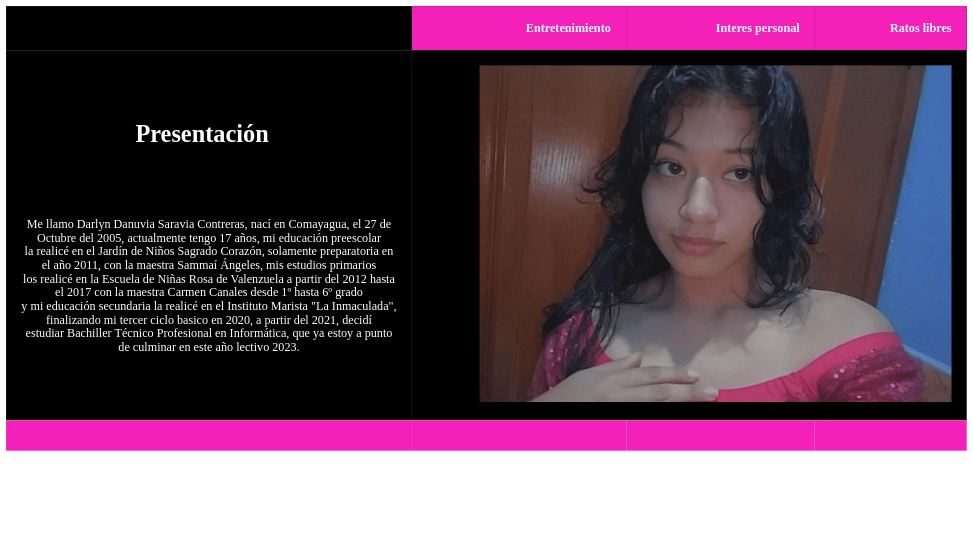
Repository: darlyn-saravia27/portafolio-darlynsaravia
Page: archivoshtml/index.html
The author's editor kept a copy of each file at every save. The page is drawn from the files as they stood at one save, then again after the next save.
The browser window is 1280 px wide. The pictures show the whole page, at 76% of full size.

Above is the page before, as saved 2023-03-04 22:42:21.

After the next save:
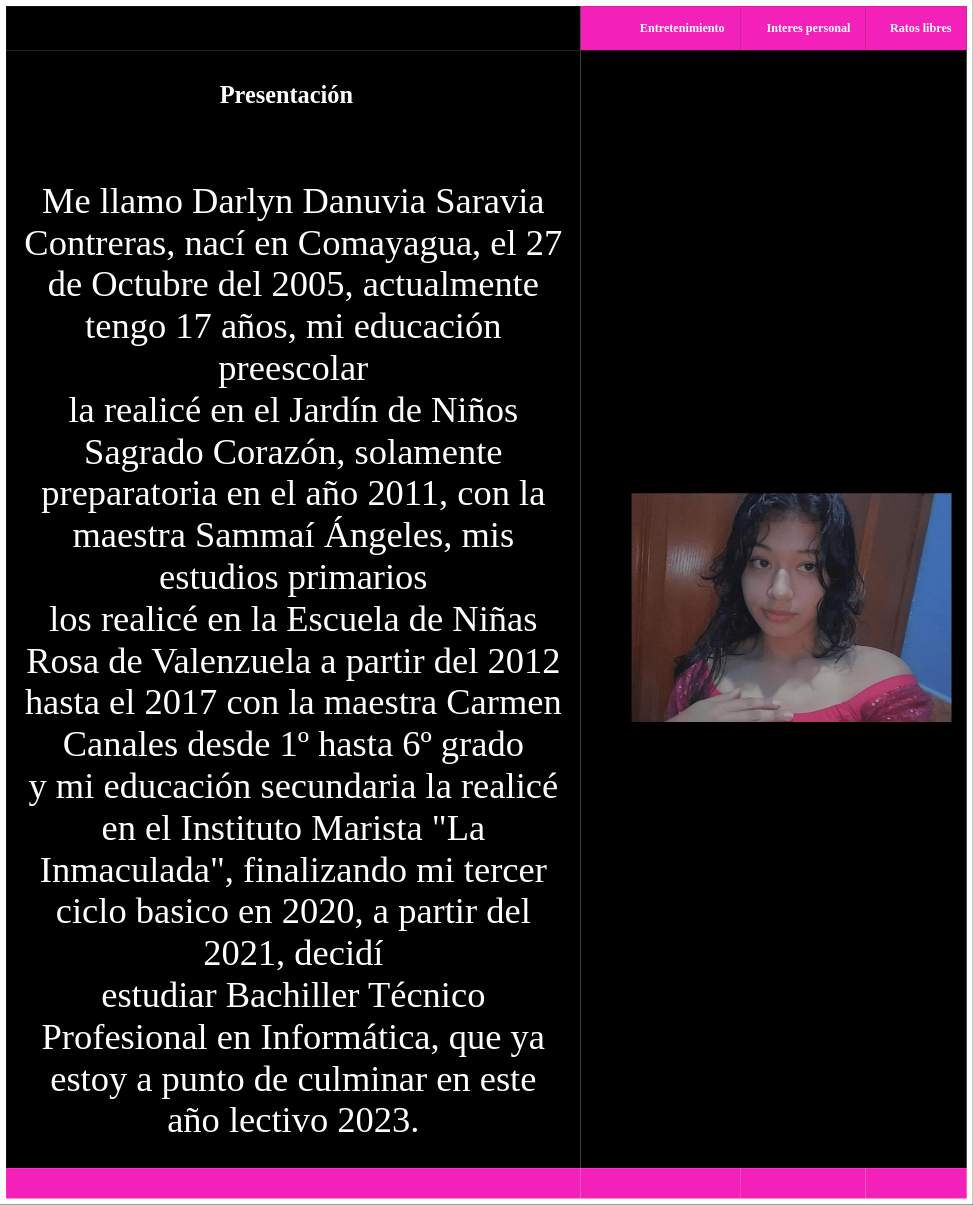
Saved 85 s later.
--- a/archivoshtml/index.html
+++ b/archivoshtml/index.html
@@ -20,7 +20,7 @@
             <br>
             <br>
             <br>
-            <p><font color="white" face="Times New Roman" sice="7"> Me llamo Darlyn Danuvia Saravia Contreras, nací en Comayagua,
+            <p><font color="white" face="Times New Roman" size="7"> Me llamo Darlyn Danuvia Saravia Contreras, nací en Comayagua,
                 el 27 de Octubre del 2005, actualmente tengo 17 años, mi educación preescolar <br>la realicé
                 en el Jardín de Niños Sagrado Corazón, solamente preparatoria en el año 2011,
                 con la maestra Sammaí Ángeles, mis estudios primarios <br>los realicé en la

After the save that followed:
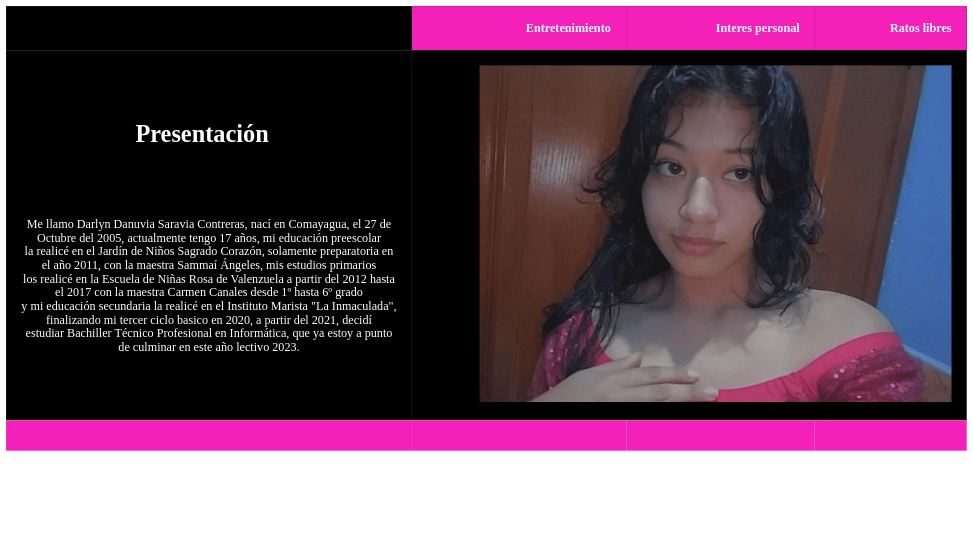
Saved 17 s later.
--- a/archivoshtml/index.html
+++ b/archivoshtml/index.html
@@ -20,7 +20,7 @@
             <br>
             <br>
             <br>
-            <p><font color="white" face="Times New Roman" size="7"> Me llamo Darlyn Danuvia Saravia Contreras, nací en Comayagua,
+            <p><font color="white" face="Times New Roman" size="3"> Me llamo Darlyn Danuvia Saravia Contreras, nací en Comayagua,
                 el 27 de Octubre del 2005, actualmente tengo 17 años, mi educación preescolar <br>la realicé
                 en el Jardín de Niños Sagrado Corazón, solamente preparatoria en el año 2011,
                 con la maestra Sammaí Ángeles, mis estudios primarios <br>los realicé en la
